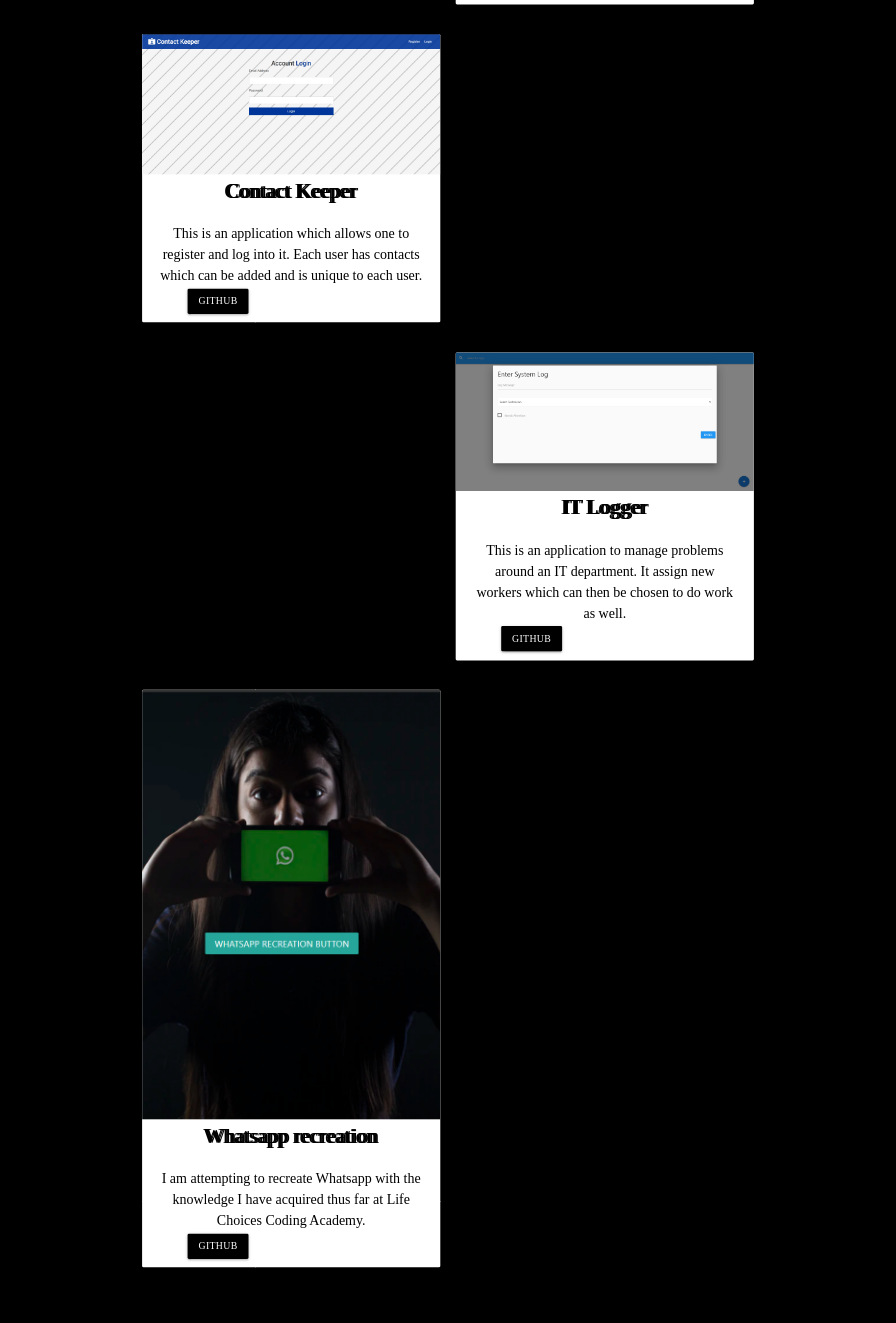
Repository: Ajtheult/portfolio.v3
Page: /mywork
The author's editor kept a copy of each file at every save. The page is drawn from the files as they stood at one save, then again after the next save.
The browser window is 1280 px wide. The pictures show the part of the page from y = 1189 to 3109 px (the page is 3079 px tall before and 3109 px after), at 70% of full size.
Some web fonts or font styles are not loaded; a fallback is used. The project was rebuilt for these pictures with package versions that can differ from the ones it lists, and the page was loaded fresh each time. Also part of the build but not shown: src/components/layout/pages/Home.js, src/components/layout/pages/Skills.js, src/components/layout/pages/Testimonials.js.

Above is the page before, as saved 2020-07-31 01:51:12.

### public/index.html
<!DOCTYPE html>
<html lang="en">
  <head>
    <meta charset="utf-8" />
    <link rel="icon" href="%PUBLIC_URL%/favicon.ico" />
    <meta name="viewport" content="width=device-width, initial-scale=1" />
    <meta name="theme-color" content="#000000" />
    <meta
      name="description"
      content="Web site created using create-react-app"
    />

    <link rel="manifest" href="%PUBLIC_URL%/manifest.json" />
    <link
      href="https://fonts.googleapis.com/css2?family=Marck+Script&display=swap"
      rel="stylesheet"
    />
    <link
      href="https://fonts.googleapis.com/css2?family=Gruppo&display=swap"
      rel="stylesheet"
    />
    <link rel="manifest" href="%PUBLIC_URL%/manifest.json" />

    <link
      rel="stylesheet"
      href="https://fonts.googleapis.com/icon?family=Material+Icons"
    />

    <link
      rel="stylesheet"
      href="https://use.fontawesome.com/releases/v5.7.2/css/all.css"
      integrity="sha384-fnmOCqbTlWIlj8LyTjo7mOUStjsKC4pOpQbqyi7RrhN7udi9RwhKkMHpvLbHG9Sr"
      crossorigin="anonymous"
    />
    <title>Asaph Franks portfolio</title>
  </head>
  <body>
    <noscript>You need to enable JavaScript to run this app.</noscript>
    <div id="root"></div>
  </body>
</html>

### src/index.js
import React from "react";
import ReactDOM from "react-dom";
import App from "./App";
import "materialize-css/dist/css/materialize.min.css";

ReactDOM.render(
  <React.StrictMode>
    <App />
  </React.StrictMode>,
  document.getElementById("root")
);

### src/App.js
import React from "react";

import { Home } from "./components/layout/pages/Home";
import { Skills } from "./components/layout/pages/Skills";
import { MyWork } from "./components/layout/pages/MyWork";
import { Testimonials } from "./components/layout/pages/Testimonials";
import Navbar from "./components/layout/navbar/Navbar";

import { BrowserRouter as Router, Route, Switch } from "react-router-dom";
import "./App.css";

function App() {
  return (
    <Router>
      <div className="App">
        <Navbar />

        <Switch>
          <Route exact path="/portfolio-v3" component={Home} />
          <Route path="/skills" component={Skills} />
          <Route path="/mywork" component={MyWork} />
          <Route path="/testimonials" component={Testimonials} />
        </Switch>
      </div>
    </Router>
  );
}

export default App;

### src/components/layout/pages/MyWork.js
import React from "react";
import "../../../App.css";
import LL from "../resources/LL.png";
import Github from "../resources/Github.png";
import Contact from "../resources/Contact.png";
import Tech from "../resources/Tech.png";
import background3 from "../resources/background3.jpg";
import Whatsapp from "../resources/Whatsapp.png";
export const MyWork = () => {
  return (
    <div className="container">
      <div className="bg-color">
        <img src={background3} className="bg" alt="bg" />
      </div>
      <div className="container ">
        <h6>Navigate with these buttons</h6>
        <a
          href="#html"
          className="btn-floating btn-large waves-effect waves-light black button_margin"
        >
          <i className="fab fa-html5"></i>
        </a>
        <a
          href="#react"
          className="btn-floating btn-large waves-effect waves-light black button_margin"
        >
          <i className="fab fa-react"></i>
        </a>
        <a
          href="#javascript"
          className="btn-floating btn-large waves-effect waves-light black button_margin"
        >
          <i className="fab fa-js-square"></i>
        </a>
        <a
          href="python"
          className="btn-floating btn-large waves-effect waves-light black button_margin"
        >
          <i className="fab fa-python"></i>
        </a>
      </div>
      <h4 id="html" className="work_title">
        HTML5/CSS3
      </h4>
      <div className="row">
        <div className="col s6">
          <div className="card">
            <div className="card-image">
              <img src={LL} alt="img" />
              <span className=" my_work_title">
                Ling Ling 40 hours(Contacts)
              </span>
            </div>
            <div className="card-content ">
              <p className="black_text my_work_desc">
                This is a website for a business I created from a meme about
                virtuoso pianists working at a music store.
              </p>
            </div>
            <div className="white link-size">
              <a
                href="https://github.com/Ajtheult/Ling-Ling-40-hours.git"
                className="waves-effect waves-light btn black"
                rel="noopener noreferrer"
                target="_blank"
              >
                Github
              </a>
            </div>
          </div>
        </div>
      </div>
      <h4 id="react" className="work_title">
        React
      </h4>
      <div className="row">
        <div className="col s6 right">
          <div className="card">
            <div className="card-image">
              <img src={Github} alt="img" />
              <span className=" my_work_title">Github Finder</span>
            </div>
            <div className="card-content">
              <p className="black_text my_work_desc">
                This is an appication to search for someone's github account
                then display their account details and their work.
              </p>
            </div>
            <div className="link-size">
              <a
                href="https://github.com/Ajtheult/Github-Finder.git"
                className="waves-effect waves-light btn black"
                rel="noopener noreferrer"
                target="_blank"
              >
                Github
              </a>
            </div>
          </div>
        </div>
      </div>
      <div className="row">
        <div className="col s6">
          <div className="card">
            <div className="card-image">
              <img src={Contact} alt=" img" />
              <span className=" my_work_title">Contact Keeper</span>
            </div>
            <div className="card-content">
              <p className="black_text my_work_desc">
                This is an application which allows one to register and log into
                it. Each user has contacts which can be added and is unique to
                each user.
              </p>
            </div>
            <div className="link-size">
              <a
                href="https://github.com/Ajtheult/Contact-Keeper.git"
                className="waves-effect waves-light btn black"
                rel="noopener noreferrer"
                target="_blank"
              >
                Github
              </a>
            </div>
          </div>
        </div>
      </div>
      <div className="row">
        <div className="col s6 right">
          <div className="card">
            <div className="card-image">
              <img src={Tech} alt="img" />
              <span className=" my_work_title">IT Logger</span>
            </div>
            <div className="card-content">
              <p className="black_text my_work_desc">
                This is an application to manage problems around an IT
                department. It assign new workers which can then be chosen to do
                work as well.
              </p>
            </div>
            <div className="link-size">
              <a
                href="https://github.com/Ajtheult/IT-Logger.git"
                className="waves-effect waves-light btn black"
                rel="noopener noreferrer"
                target="_blank"
              >
                Github
              </a>
            </div>
          </div>
        </div>
      </div>
      <div className="row">
        <div className="col s6 left">
          <div className="card">
            <div className="card-image">
              <img src={Whatsapp} alt="img" />
              <span className=" my_work_title">Whatsapp recreation</span>
            </div>
            <div className="card-content">
              <p className="black_text my_work_desc">
                I am attempting to recreate Whatsapp with the knowledge I have
                acquired thus far at Life Choices Coding Academy.
              </p>
            </div>
            <div className="link-size">
              <a
                href="https://github.com/Ajtheult/IT-Logger.git"
                className="waves-effect waves-light btn black"
                rel="noopener noreferrer"
                target="_blank"
              >
                Github
              </a>
            </div>
          </div>
        </div>
      </div>
    </div>
  );
};

### src/components/layout/navbar/Navbar.js
/* eslint-disable no-unused-vars */
import React, { Component } from "react";
import M from "materialize-css/dist/js/materialize.min.js";
import me from "./me.jpg";
import music from "./music.jpg";
import "../../../App.css";
import { Link } from "react-router-dom";

export class Navbar extends Component {
  componentDidMount() {
    document.addEventListener("DOMContentLoaded", function () {
      var elems = document.querySelectorAll(".sidenav");
      var instances = M.Sidenav.init(elems, {});
    });
  }

  render() {
    return (
      <div>
        <nav>
          <div className="nav-wrapper colour">
            <a
              href="#home"
              data-target="slide-out"
              className="sidenav-trigger show-on-large"
            >
              <i className="material-icons">menu</i>
            </a>
          </div>
        </nav>

        <ul id="slide-out" className="sidenav">
          <li>
            <div className="user-view">
              <div className="background">
                <img className="background_img" src={music} alt="img" />
              </div>

              <img className="circle" src={me} alt="img of me" />

              <span className="black-text name move_me">Asaph Franks</span>

              <span className="black-text email  move_me">
                Asaphfranksboi@gmail.com
              </span>
            </div>
            {/* Change font so that the name can be better read */}
          </li>
          <Link to="/portfolio-v3">
            <br />
            <li className="colour_of_nav">Home</li>
          </Link>{" "}
          <br />
          <Link to="/skills">
            <li className="colour_of_nav">Skills</li>
          </Link>
          <br />
          <Link to="/mywork">
            <li className="colour_of_nav">Work</li>
          </Link>
          <br />
          <Link to="/testimonials">
            <li className="colour_of_nav">Testimonials</li>
          </Link>
        </ul>
      </div>
    );
  }
}

export default Navbar;

### src/App.css
.App {
  text-align: center;
}

body {
  background-color: black;
  color: white;
}
.background_img {
  width: 100%;
  height: 100%;
}

.move_me {
  text-align: left;
}

.colour {
  background-color: black;
}

img.bg {
  /* Set rules to fill background */
  min-height: 100%;
  min-width: 1024px;

  /* Set up proportionate scaling */
  width: 100%;
  height: auto;

  /* Set up positioning */
  position: fixed;
  top: 0;
  left: 0;
  z-index: -1;
}

div.admin-bg {
  /* Set up positioning */
  position: fixed;
  top: 0;
  left: 0;
  z-index: -1;
  background-color: black;
}

@media screen and (max-width: 1024px) {
  /* Specific to this particular image */
  img.bg {
    left: 50%;
    margin-left: -512px; /* 50% */
  }
}

.intro_name_top {
  font-family: "Marck Script", cursive;
  font-size: 130px;
  color: black;
  text-shadow: 2px 0 0 #fff, -2px 0 0 #fff, 0 2px 0 #fff, 0 -2px 0 #fff,
    1px 1px #fff, -1px -1px 0 #fff, 1px -1px 0 #fff, -1px 1px 0 #fff;
}
.testimonial_title {
  font-family: "Marck Script", cursive;
  color: black;
  font-size: 80px;
  text-shadow: 2px 0 0 #fff, -2px 0 0 #fff, 0 2px 0 #fff, 0 -2px 0 #fff,
    1px 1px #fff, -1px -1px 0 #fff, 1px -1px 0 #fff, -1px 1px 0 #fff;
}

.intro_name_bottom {
  font-size: 60px;
  color: #000000;
  font-weight: bold;
  text-shadow: 2px 0 0 #fff, -2px 0 0 #fff, 0 2px 0 #fff, 0 -2px 0 #fff,
    1px 1px #fff, -1px -1px 0 #fff, 1px -1px 0 #fff, -1px 1px 0 #fff;
  font-family: "Gruppo", cursive;
}

.logos {
  text-align: left;
  font-size: 30px;
}

.contact-title {
  margin-top: -5px;
  font-family: "Marck Script", cursive;
  font-size: 90px;
  color: black;
  text-shadow: 2px 0 0 #fff, -2px 0 0 #fff, 0 2px 0 #fff, 0 -2px 0 #fff,
    1px 1px #fff, -1px -1px 0 #fff, 1px -1px 0 #fff, -1px 1px 0 #fff;
}

.about-title {
  margin-top: 1px;
  font-family: "Marck Script", cursive;
  font-size: 80px;
  color: black;
  text-shadow: 2px 0 0 #fff, -2px 0 0 #fff, 0 2px 0 #fff, 0 -2px 0 #fff,
    1px 1px #fff, -1px -1px 0 #fff, 1px -1px 0 #fff, -1px 1px 0 #fff;
}

.student_bio {
  margin-top: 2%;
  font-size: 23px;
}

.big_frontend {
  font-size: 40px;
  font-family: "Gruppo", cursive;
}

.move_the_name {
  margin-top: -12px;
  font-size: 20px;
  font-weight: bold;
}

.enlarge_paragraph {
  font-size: 22px;
  font-family: "Times New Roman", Times, serif;
}

.my_info {
  font-size: 30px;
  text-align: left;
  font-family: "Gruppo", cursive;
}

.my_info_2 {
  font-size: 20px;
  text-align: left;
  line-height: 8px;
  font-family: "Times New Roman", Times, serif;
}

.my_info_3 {
  font-size: 25px;
  text-align: left;
  line-height: 8px;
  font-family: "Times New Roman", Times, serif;
}

.black_text {
  color: black;
}

.passion_heading {
  text-align: center;
  font-family: "Marck Script", cursive;
  font-size: 45px;
}

.passion_content {
  font-family: "Gruppo", cursive;
  font-weight: bold;
  line-height: 25px;
}

.margin_on_top {
  margin-top: 1px;
  font-size: 20px;
  font-family: "Marck Script", cursive;
  font-weight: bold;
}

.my_work_desc {
  font-size: 20px;
  font-family: "Times New Roman", Times, serif;
}

.my_work_title {
  font-family: "Gruppo", cursive;
  color: black;
  font-size: 30px;
  text-shadow: 2px 0 0 rgb(0, 0, 0), -2px 0 0 rgb(0, 0, 0), 0 2px 0 #fff,
    0 -2px 0 #fff, 1px 1px #fff, -1px -1px 0 #fff, 1px -1px 0 #fff,
    -1px 1px 0 #fff;
}

.link-size {
  font-size: 40px;
  margin-top: -40px;
  padding: 1%;
  text-align: left;
  margin-left: 60px;
  font-family: "Gruppo", cursive;
  color: blue;
}

.button_margin {
  margin-top: 5px;
}

.work_title {
  font-family: "Marck Script", cursive;
  color: black;
  font-size: 50px;
  text-shadow: 2px 0 0 #fff, -2px 0 0 #fff, 0 2px 0 #fff, 0 -2px 0 #fff,
    1px 1px #fff, -1px -1px 0 #fff, 1px -1px 0 #fff, -1px 1px 0 #fff;
}

.colour_of_nav {
  color: black;
  margin-top: -30px;
}

.style_for_landingpage {
  margin-left: 15.5%;
  margin-top: 6%;
  position: absolute;
  padding: 50px;
  width: 70%;
  transform: "translate(-50%, -50%)";
}

.skills_li {
  position: relative;
  list-style: none;
  margin: 50px 0;
  font-weight: 500;
  text-transform: uppercase;
}

.skills_li:before {
  content: "";
  position: absolute;
  top: calc(100% + 10px);
  left: 0;
  width: 100%;
  height: 15px;
  background-color: rgba(54, 126, 223, 0.5);
  border-radius: 1000px;
}

.skills_li:after {
  content: "";
  position: absolute;
  top: calc(100% + 10px);
  left: 0;
  width: 0;
  height: 15px;
  background-color: rgba(54, 126, 223, 1);
  border-radius: 1000px;
  animation-duration: 0.7s;
  animation-timing-function: ease;
  animation-fill-mode: forwards;
}

.html:after {
  animation-name: html;
}

@keyframes html {
  to {
    width: 81%;
  }
}

.css:after {
  animation-name: css;
}

@keyframes css {
  to {
    width: 64%;
  }
}

.js:after {
  animation-name: js;
}

@keyframes js {
  to {
    width: 37%;
  }
}

.py:after {
  animation-name: py;
}

@keyframes py {
  to {
    width: 43%;
  }
}

.sql:after {
  animation-name: sql;
}

@keyframes sql {
  to {
    width: 36%;
  }
}

.react:after {
  animation-name: react;
}

@keyframes react {
  to {
    width: 73%;
  }
}

.skills_text {
  font-family: "Marck Script", cursive;
  color: black;
  font-size: 30px;
  text-shadow: 1px 0 0 #fff, -2px 0 0 #fff, 0 2px 0 #fff, 0 -2px 0 #fff,
    1px 1px #fff, -1px -1px 0 #fff, 1px -1px 0 #fff, -1px 1px 0 #fff;
  margin-top: -20px;
}

.skills_heading {
  font-family: "Marck Script", cursive;
  color: black;
  font-size: 60px;
  text-shadow: 1px 0 0 #fff, -2px 0 0 #fff, 0 2px 0 #fff, 0 -2px 0 #fff,
    1px 1px #fff, -1px -1px 0 #fff, 1px -1px 0 #fff, -1px 1px 0 #fff;
  margin-top: -50px;
}

.container_properties {
  width: 800px;
  margin: 50px auto 0;
  padding: 20px;
  line-height: 55px;
}

.size_of_email {
  font-size: 30px;
  margin-top: 10px;
}

.move_num_down {
  margin-top: 20px;
}

After the next save:
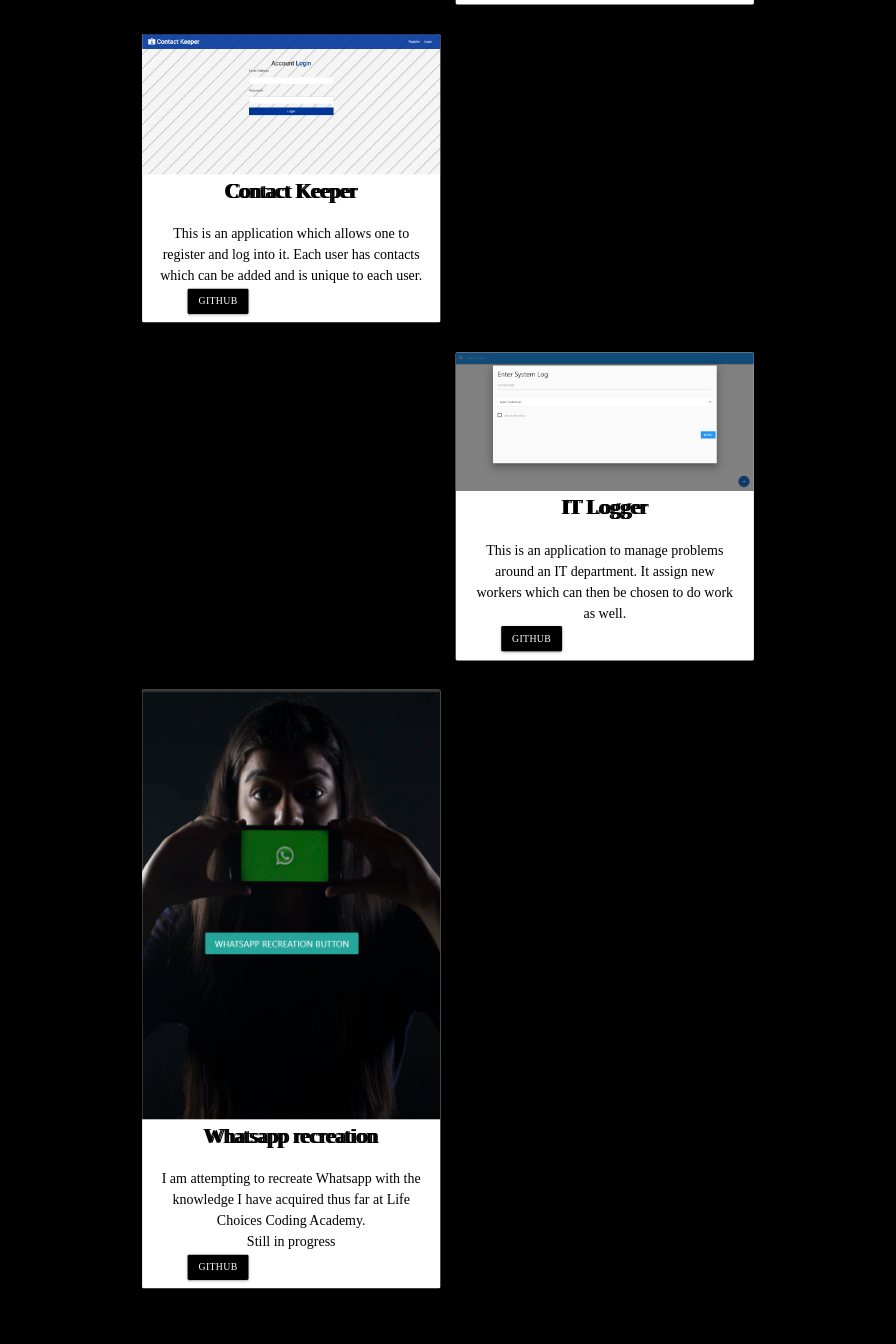
Saved 48 s later.
--- a/src/components/layout/pages/MyWork.js
+++ b/src/components/layout/pages/MyWork.js
@@ -163,7 +163,8 @@
             <div className="card-content">
               <p className="black_text my_work_desc">
                 I am attempting to recreate Whatsapp with the knowledge I have
-                acquired thus far at Life Choices Coding Academy.
+                acquired thus far at Life Choices Coding Academy. <br /> Still
+                in progress
               </p>
             </div>
             <div className="link-size">
